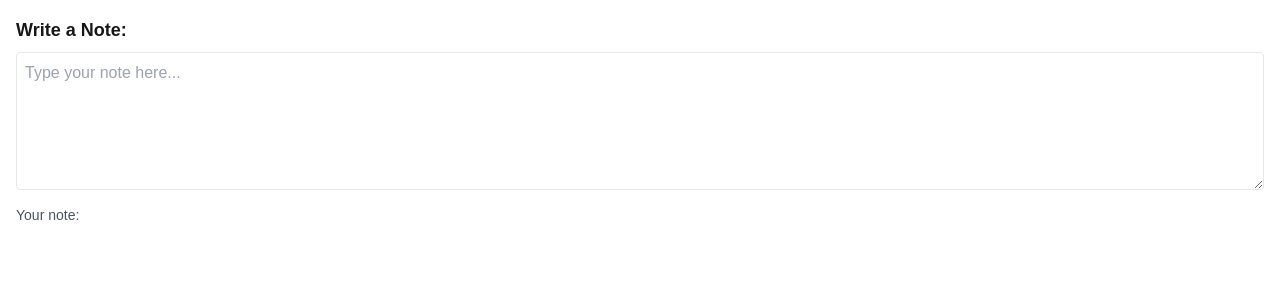
Repository: oxniw/usingmoney
Page: /note
These files come from the project's save history. The page is drawn as it stood at one moment and after the next save; the edit follows.
The browser window is 1280 px wide. The pictures show the whole page.
The project was rebuilt for these pictures with package versions that can differ from the ones it lists, and the page was loaded fresh each time. The framework's server and built-in components were replaced by stand-ins that run in the browser. Also part of the build but not shown: next.config.ts.

Above is the page before, as saved 2025-04-29 16:34:29.

After the next save:
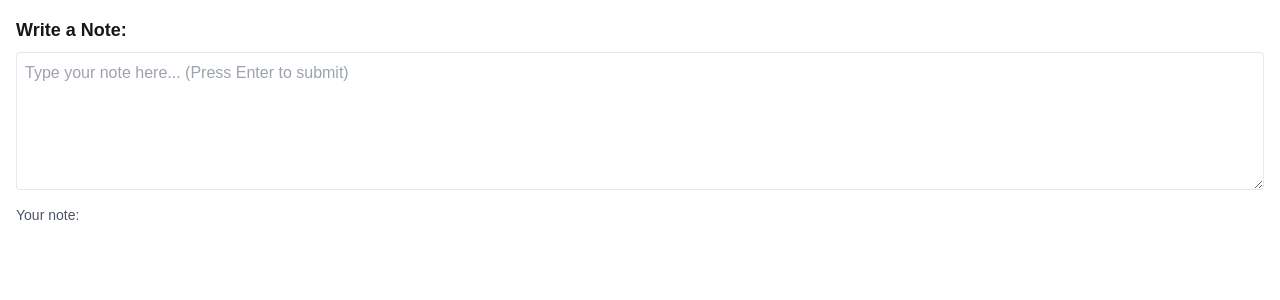
Saved 86 s later.
--- a/src/app/note/page.jsx
+++ b/src/app/note/page.jsx
@@ -3,6 +3,15 @@ import { useState } from 'react';
 
 export default function NoteInput() {
   const [note, setNote] = useState('');
+
+  const handleKeyDown = (e) => {
+    if (e.key === 'Enter' && !e.shiftKey) {
+      e.preventDefault(); // prevent new line
+      console.log('Note submitted:', note);
+      // Optionally clear the note
+      // setNote('');
+    }
+  };
 
   return (
     <div className="p-4">
@@ -10,7 +19,8 @@ export default function NoteInput() {
       <textarea
         value={note}
         onChange={(e) => setNote(e.target.value)}
-        placeholder="Type your note here..."
+        onKeyDown={handleKeyDown}
+        placeholder="Type your note here... (Press Enter to submit)"
         className="w-full p-2 border rounded resize-y"
         rows={5}
       />
